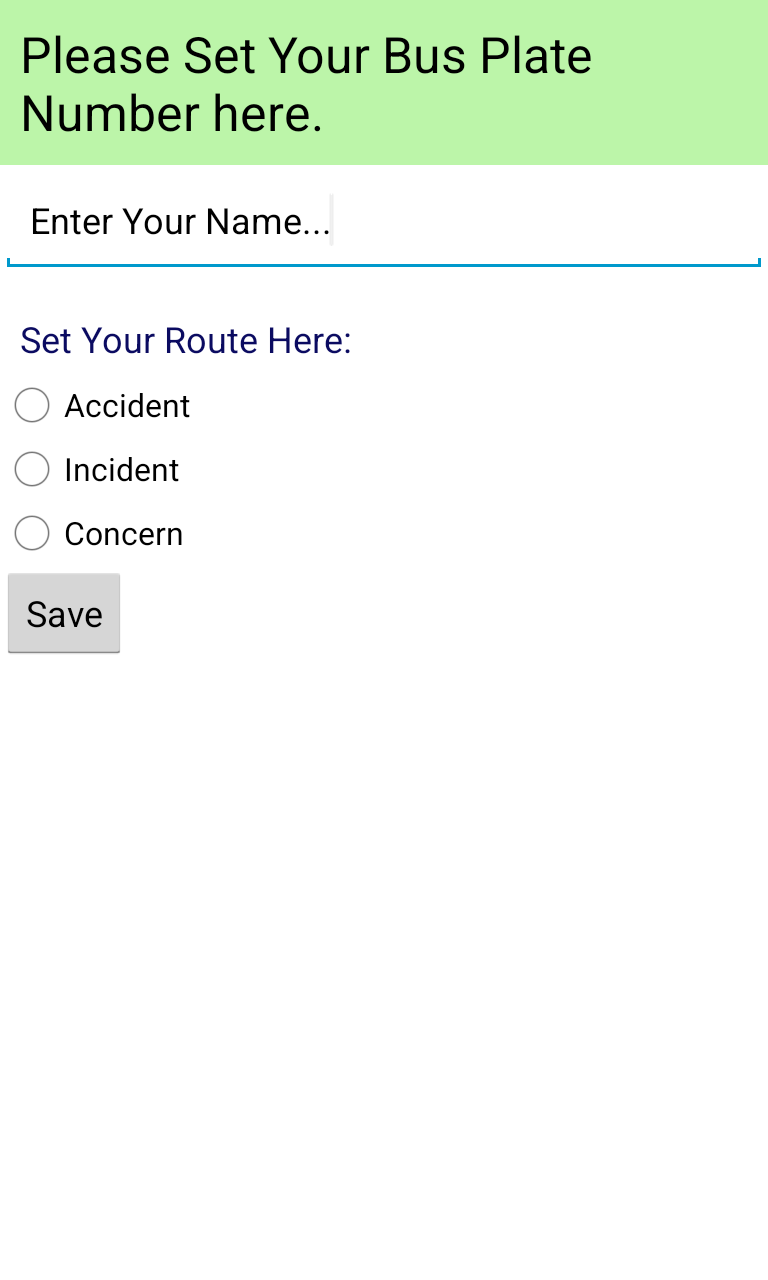
Repository: patheon17/myrepo2
Layout: workspace/UMBusTracker/res/layout/activity_set_plate_num.xml
These files come from the project's save history. The layout is drawn as it stood at one moment and after the next save; the edit follows.
It is drawn on a 768 x 1280 px phone screen (xhdpi) without system bars, with theme AppTheme; the app's code is not run.

Above is the layout before, as saved 2013-10-01 09:51:18.

### workspace/UMBusTracker/res/layout/activity_set_plate_num.xml
<LinearLayout xmlns:android="http://schemas.android.com/apk/res/android"
    xmlns:tools="http://schemas.android.com/tools"
    android:layout_width="match_parent"
    android:layout_height="match_parent"
    android:orientation="vertical"
    tools:context=".MainActivity" >

    <TextView
        android:id="@+id/textView1"
        android:layout_width="wrap_content"
        android:layout_height="wrap_content"
        android:background="@color/appbackground"
        android:padding="10sp"
        android:text="Please Set Your Bus Plate Number here."
        android:textAppearance="?android:attr/textAppearanceLarge"
        android:textSize="25sp" />

    <EditText
        android:id="@+id/editText1"
        android:layout_width="match_parent"
        android:layout_height="wrap_content"
        android:ems="10"
        android:text="Enter Your Name..."
        android:padding="15sp" >

        <requestFocus />
    </EditText>

    <TextView
        android:id="@+id/textView2"
        android:layout_width="wrap_content"
        android:layout_height="wrap_content"
         android:layout_marginTop="20sp"
          android:layout_marginBottom="5sp"
           android:layout_marginLeft="10sp"
        android:text="Set Your Route Here:"
        android:textAppearance="?android:attr/textAppearanceMedium"
        android:textColor="#0B0B61" />

    <RadioGroup
        android:layout_width="fill_parent"
        android:layout_height="wrap_content" >

        <RadioButton
            android:id="@+id/radioButtonaccident"
            android:layout_width="wrap_content"
            android:layout_height="wrap_content"
            android:text="Accident" />

        <RadioButton
            android:id="@+id/radioButtonincident"
            android:layout_width="wrap_content"
            android:layout_height="wrap_content"
            android:text="Incident" />

        <RadioButton
            android:id="@+id/radioButtonconcern"
            android:layout_width="wrap_content"
            android:layout_height="wrap_content"
            android:text="Concern" />
    </RadioGroup>

    <Button
        android:id="@+id/button1"
        android:layout_width="wrap_content"
        android:layout_height="wrap_content"
        android:text="Save" />

</LinearLayout>

### workspace/UMBusTracker/res/values/styles.xml
<resources>

    <!--
        Base application theme, dependent on API level. This theme is replaced
        by AppBaseTheme from res/values-vXX/styles.xml on newer devices.
    -->
    <style name="AppBaseTheme" parent="android:Theme.Light">
        <!--
            Theme customizations available in newer API levels can go in
            res/values-vXX/styles.xml, while customizations related to
            backward-compatibility can go here.
        -->
    </style>

    <!-- Application theme. -->
    <style name="AppTheme" parent="AppBaseTheme">
        <!-- All customizations that are NOT specific to a particular API-level can go here. -->
    </style>
    <color name="appbackground">#BCF5A9</color>

</resources>

Loaded but not shown: workspace/UMBusTracker/res/values-v11/styles.xml (common file); workspace/UMBusTracker/res/values-v14/styles.xml (common file)

After the next save:
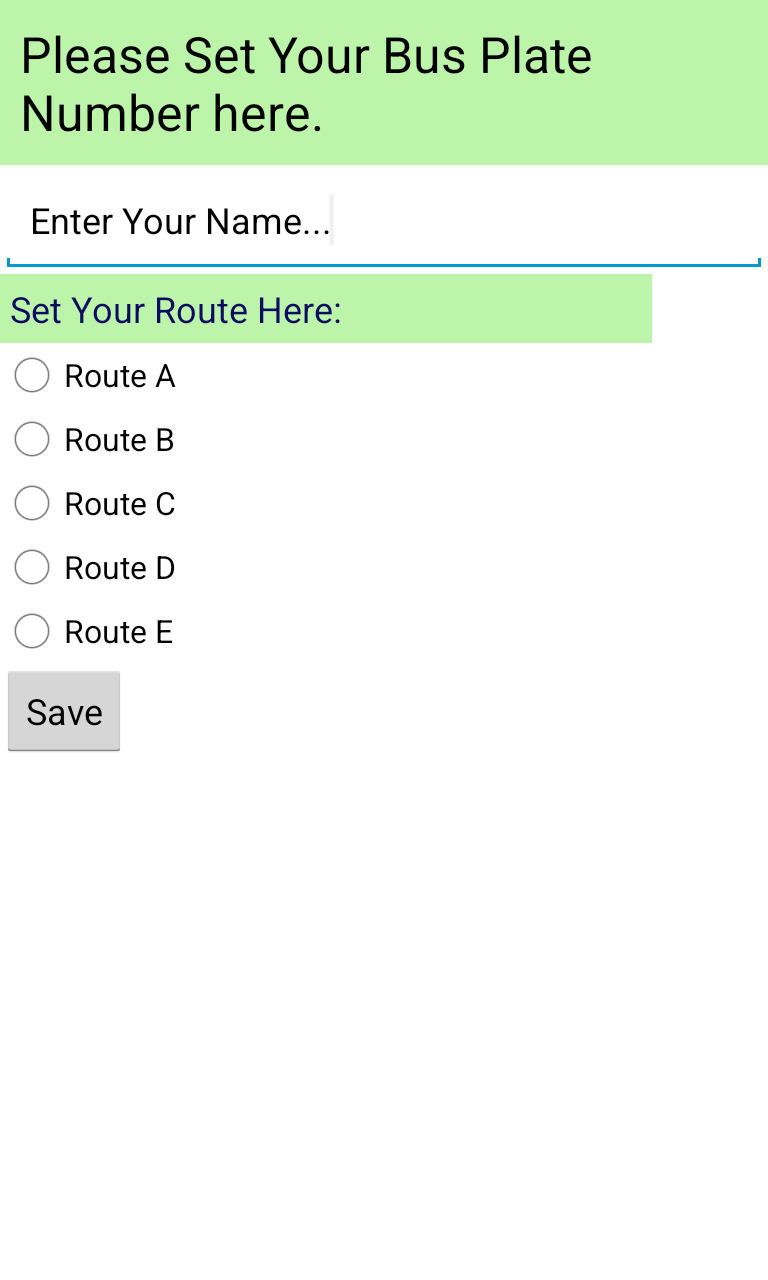
Saved 3 min 51 s later.
--- a/workspace/UMBusTracker/res/layout/activity_set_plate_num.xml
+++ b/workspace/UMBusTracker/res/layout/activity_set_plate_num.xml
@@ -28,11 +28,10 @@
 
     <TextView
         android:id="@+id/textView2"
-        android:layout_width="wrap_content"
+        android:layout_width="326dp"
         android:layout_height="wrap_content"
-         android:layout_marginTop="20sp"
-          android:layout_marginBottom="5sp"
-           android:layout_marginLeft="10sp"
+        android:padding="5sp"
+        android:background="@color/appbackground"
         android:text="Set Your Route Here:"
         android:textAppearance="?android:attr/textAppearanceMedium"
         android:textColor="#0B0B61" />
@@ -42,22 +41,32 @@
         android:layout_height="wrap_content" >
 
         <RadioButton
-            android:id="@+id/radioButtonaccident"
+            android:id="@+id/routeA"
             android:layout_width="wrap_content"
             android:layout_height="wrap_content"
-            android:text="Accident" />
+            android:text="Route A" />
 
         <RadioButton
-            android:id="@+id/radioButtonincident"
+            android:id="@+id/routeB"
             android:layout_width="wrap_content"
             android:layout_height="wrap_content"
-            android:text="Incident" />
+            android:text="Route B" />
 
         <RadioButton
-            android:id="@+id/radioButtonconcern"
+            android:id="@+id/routeC"
             android:layout_width="wrap_content"
             android:layout_height="wrap_content"
-            android:text="Concern" />
+            android:text="Route C" />
+        <RadioButton
+            android:id="@+id/routeD"
+            android:layout_width="wrap_content"
+            android:layout_height="wrap_content"
+            android:text="Route D" />
+        <RadioButton
+            android:id="@+id/routeE"
+            android:layout_width="wrap_content"
+            android:layout_height="wrap_content"
+            android:text="Route E" />
     </RadioGroup>
 
     <Button
